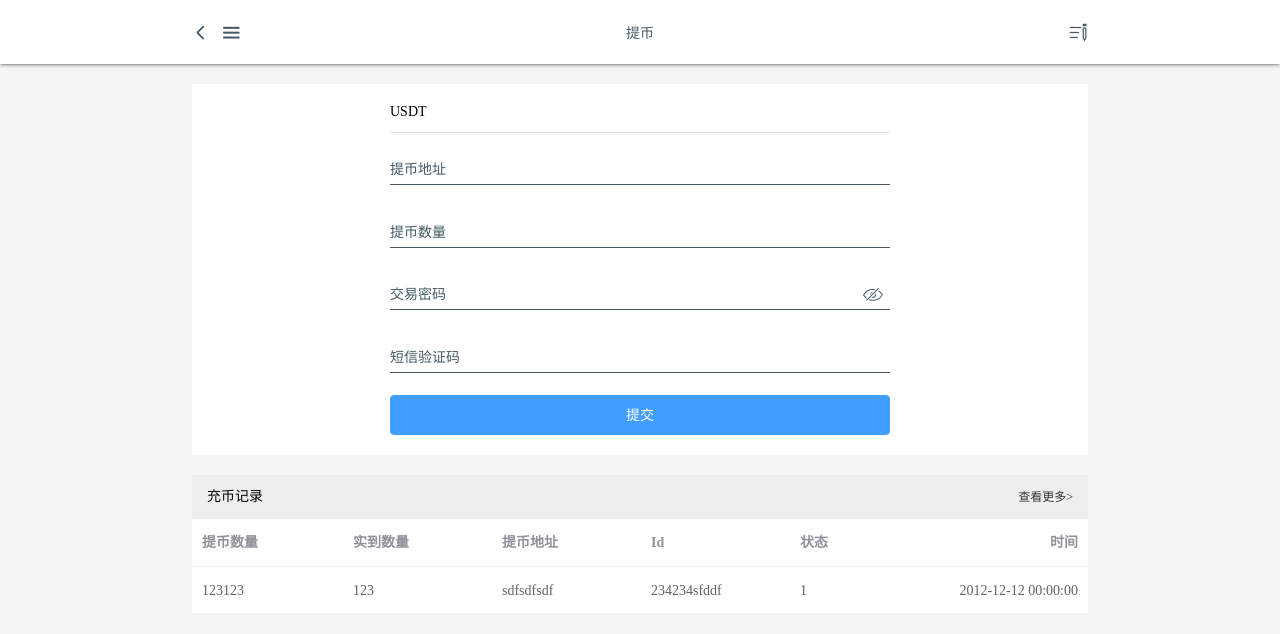
Repository: miyanshichen/ent
Page: /finance/withdraw
The author's editor kept a copy of each file at every save. The page is drawn from the files as they stood at one save, then again after a run of saves.
The browser window is 1280 px wide. The pictures show the whole page.
The project was rebuilt for these pictures with package versions that can differ from the ones it lists, and the page was loaded fresh each time. Also part of the build but not shown: vue.config.js, src/assets/font/iconfont.js.

Above is the page before, as saved 2021-01-14 10:31:19.

After the next 3 saves:
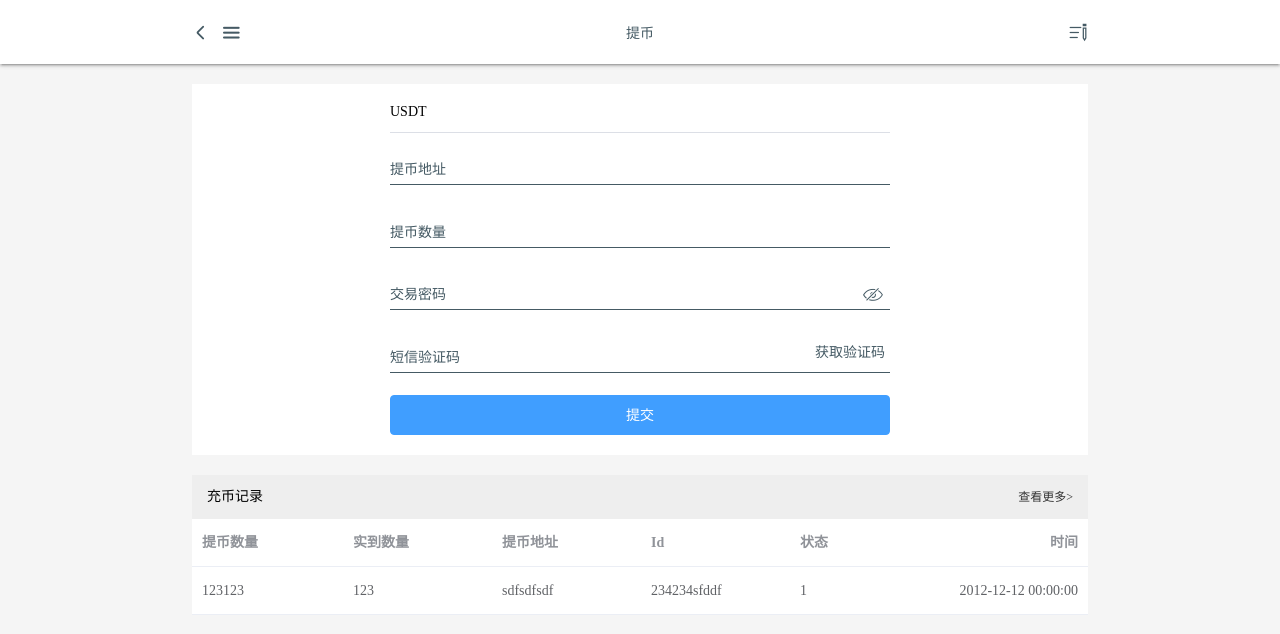
The 3 saves are shown as one change because they came seconds apart.
The last was saved 11 s later.
--- a/src/components/Input.vue
+++ b/src/components/Input.vue
@@ -1,9 +1,11 @@
 <template>
   <div class="mc-input">
     <div class="input-label" :class="labelSwitch || value !== '' ? 'active' : ''">{{title}}</div>
-    <el-input v-model="value" @focus="inputFocus()" @blur="inputBlur()" v-if="type === 'text'"></el-input>
+    <el-input v-model="value" @focus="inputFocus()" @blur="inputBlur()" v-if="type === 'text'">
+      <span slot="suffix" class="main-text mc-cursor-default" v-if="code">获取验证码</span>
+    </el-input>
     <el-input v-model="value" :type="passSwitch ? 'text' : 'password'" @focus="inputFocus()" @blur="inputBlur()" v-if="type === 'password'">
-      <span slot="suffix" class="mc-size24 iconfont mc-mt-5 mc-display-in-block main-text" :class="passSwitch ? 'icon-yanjing_xianshi_o': 'icon-yanjing_yincang_o'" @click="passSwitch = !passSwitch"></span>
+      <span slot="suffix" class="eye mc-size24 iconfont mc-mt-5 mc-display-in-block main-text" :class="passSwitch ? 'icon-yanjing_xianshi_o': 'icon-yanjing_yincang_o'" @click="passSwitch = !passSwitch"></span>
     </el-input>
   </div>
 </template>
@@ -17,6 +19,13 @@ export default {
     title: {},
     type: {
       default: 'text'
+    },
+    code: {
+      type: Boolean,
+      default: false
+    },
+    disabled: {
+
     }
   },
   data () {
